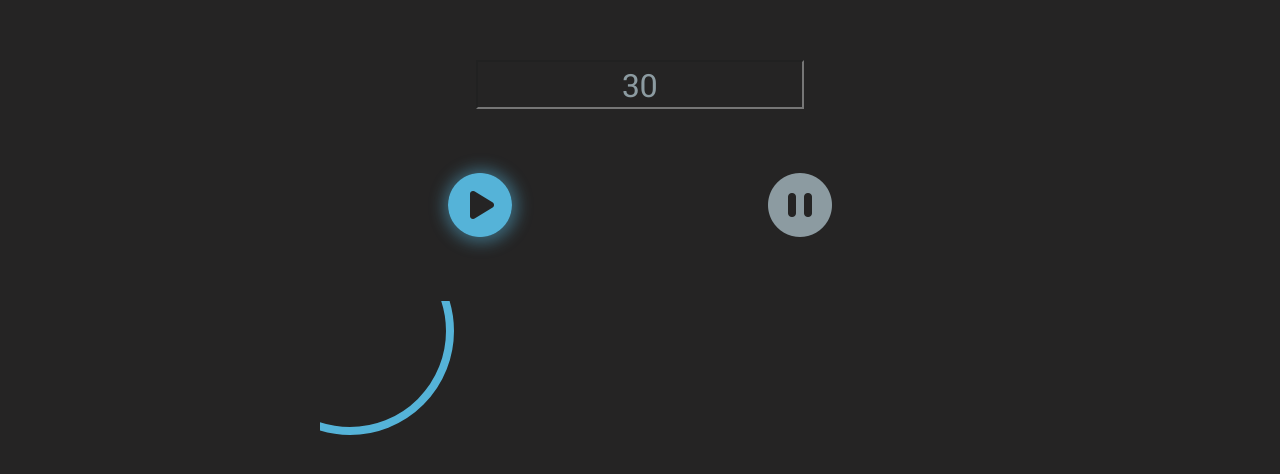
Repository: Sbethm/javascript-challenges
Page: index.html
An editor plug-in stored every save of this project. The page is shown before and after the next save, followed by the edit.
The browser window is 1280 px wide. The pictures show the whole page.
Some web libraries are served in a nearby version. The style sheet was rebuilt from its Sass, Less or Tailwind sources for each picture, by a compiler version that may differ from the author's.

Above is the page before, as saved 2021-09-17 15:42:04.

After the next save:
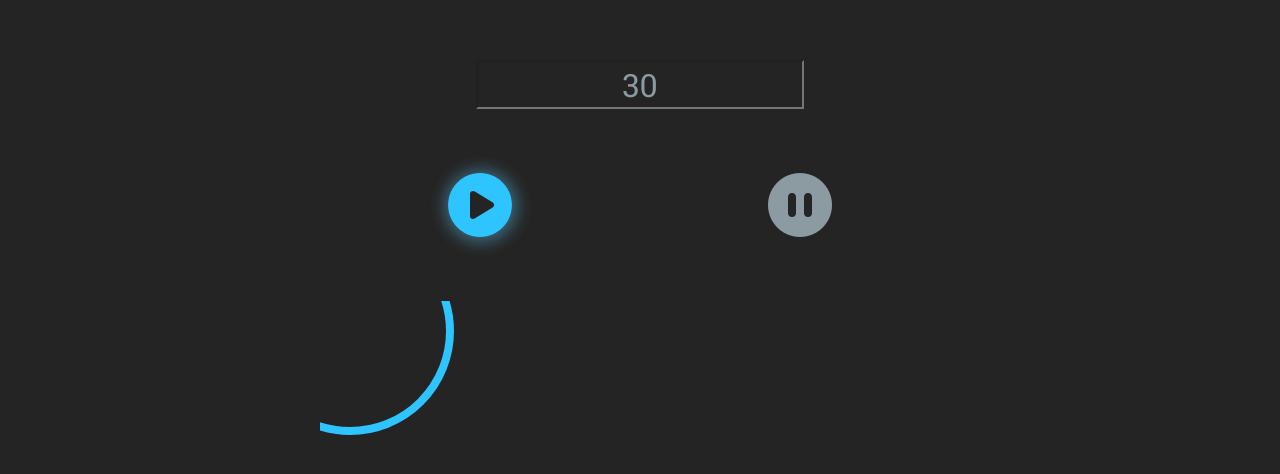
Saved 29 s later.
--- a/SCSS/_variables.scss
+++ b/SCSS/_variables.scss
@@ -1,3 +1,3 @@
 //COLORS
-$activeColor: hsl(197, 63%, 59%);
+$activeColor: hsl(197, 100%, 59%);
 $inactiveColor: hsl(197, 10%, 59%);
